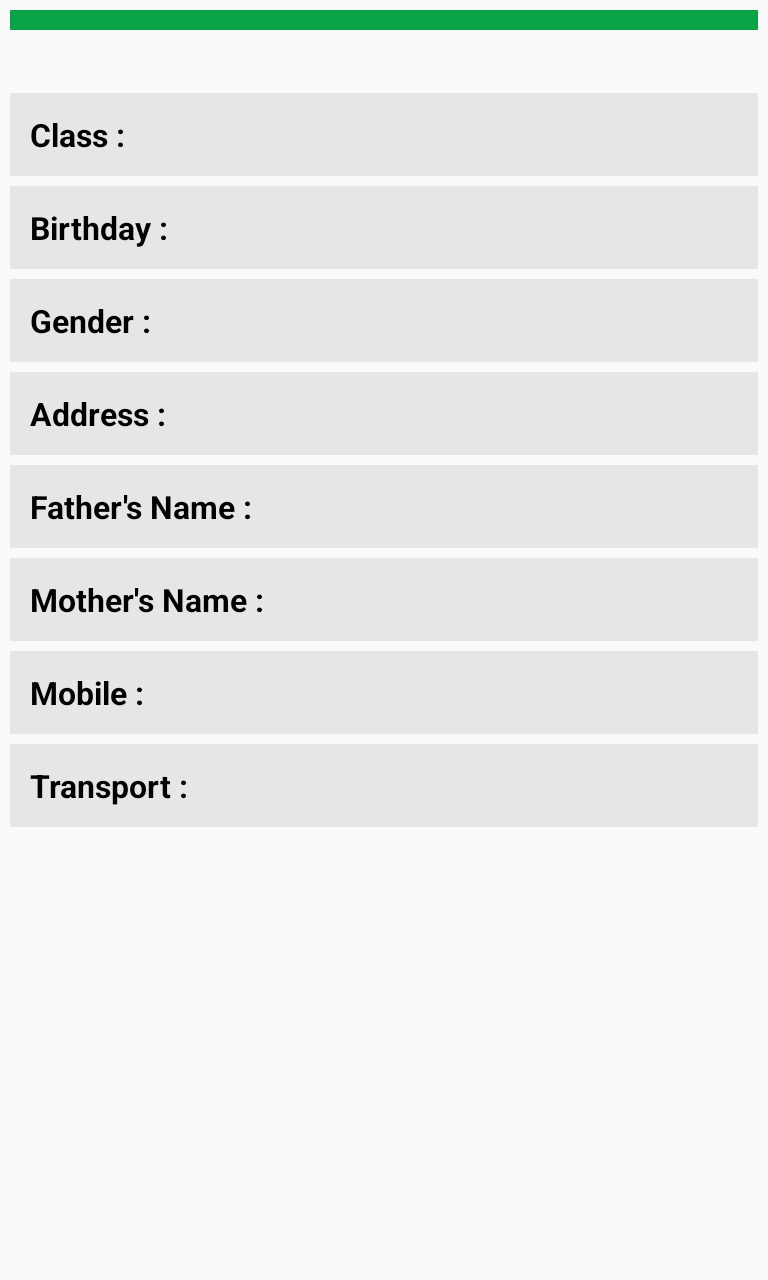
Repository: iguardian2015/iguardian-litchi
Layout: iguardian/res/layout/costum_main_student.xml
These files come from the project's save history. The layout is drawn as it stood at one moment and after a run of saves; the edit follows.
It is drawn on a 768 x 1280 px phone screen (xhdpi) without system bars, with theme AppTheme; the app's code is not run.

Above is the layout before, as saved 2015-01-10 12:38:37.

### iguardian/res/layout/costum_main_student.xml
<ScrollView xmlns:android="http://schemas.android.com/apk/res/android"
    xmlns:tools="http://schemas.android.com/tools"
    android:layout_width="fill_parent"
    android:layout_height="fill_parent"
    tools:context=".ComposeMessage" >

    <LinearLayout
        android:layout_width="match_parent"
        android:layout_height="match_parent"
        android:layout_centerInParent="false"
        android:orientation="vertical"
        android:padding="5dp" >

        <ImageView
            android:id="@+id/student_image"
            android:layout_width="fill_parent"
            android:layout_height="fill_parent"
            android:layout_gravity="center"
            android:background="#0AA247"
            android:padding="5dp" />

        <TextView
            android:id="@+id/student_name"
            android:layout_width="fill_parent"
            android:layout_height="wrap_content"
            android:gravity="center"
            android:padding="5dp"
            android:textColor="#000000"
            android:textSize="16sp"
            android:textStyle="bold" />

        <LinearLayout
            android:layout_width="match_parent"
            android:layout_height="wrap_content"
            android:layout_centerInParent="false"
            android:layout_marginBottom="5dp"
            android:background="#E6E6E6"
            android:orientation="horizontal"
            android:padding="5dp" >

            <TextView
                android:id="@+id/student_classs"
                android:layout_width="wrap_content"
                android:layout_height="wrap_content"
                android:gravity="left"
                android:padding="5dp"
                android:text="Class :"
                android:textColor="#000000"
                android:textSize="16sp"
                android:textStyle="bold" />

            <TextView
                android:id="@+id/student_class"
                android:layout_width="wrap_content"
                android:layout_height="wrap_content"
                android:padding="5dp"
                android:textColor="#000000"
                android:textSize="14sp"
                android:textStyle="italic" />
        </LinearLayout>

        <LinearLayout
            android:layout_width="match_parent"
            android:layout_height="wrap_content"
            android:layout_centerInParent="false"
            android:layout_marginBottom="5dp"
            android:background="#E6E6E6"
            android:orientation="horizontal"
            android:padding="5dp" >

            <TextView
                android:id="@+id/student_birth_dates"
                android:layout_width="wrap_content"
                android:layout_height="wrap_content"
                android:gravity="left"
                android:padding="5dp"
                android:text="Birthday :"
                android:textColor="#000000"
                android:textSize="16sp"
                android:textStyle="bold" />

            <TextView
                android:id="@+id/student_birth_date"
                android:layout_width="wrap_content"
                android:layout_height="wrap_content"
                android:padding="5dp"
                android:textColor="#000000"
                android:textSize="14sp"
                android:textStyle="italic"
                android:typeface="sans" />
        </LinearLayout>

        <LinearLayout
            android:layout_width="match_parent"
            android:layout_height="wrap_content"
            android:layout_centerInParent="false"
            android:layout_marginBottom="5dp"
            android:background="#E6E6E6"
            android:orientation="horizontal"
            android:padding="5dp" >

            <TextView
                android:id="@+id/student_genders"
                android:layout_width="wrap_content"
                android:layout_height="wrap_content"
                android:gravity="left"
                android:padding="5dp"
                android:text="Gender :"
                android:textColor="#000000"
                android:textSize="16sp"
                android:textStyle="bold" />

            <TextView
                android:id="@+id/student_gender"
                android:layout_width="wrap_content"
                android:layout_height="wrap_content"
                android:padding="5dp"
                android:textColor="#000000"
                android:textSize="14sp"
                android:textStyle="italic" />
        </LinearLayout>

        <LinearLayout
            android:layout_width="match_parent"
            android:layout_height="wrap_content"
            android:layout_centerInParent="false"
            android:layout_marginBottom="5dp"
            android:background="#E6E6E6"
            android:orientation="horizontal"
            android:padding="5dp" >

            <TextView
                android:id="@+id/student_addresses"
                android:layout_width="wrap_content"
                android:layout_height="wrap_content"
                android:gravity="left"
                android:padding="5dp"
                android:text="Address :"
                android:textColor="#000000"
                android:textSize="16sp"
                android:textStyle="bold" />

            <TextView
                android:id="@+id/student_address"
                android:layout_width="wrap_content"
                android:layout_height="wrap_content"
                android:padding="5dp"
                android:textColor="#000000"
                android:textSize="14sp"
                android:textStyle="italic" />
        </LinearLayout>

        <LinearLayout
            android:layout_width="match_parent"
            android:layout_height="wrap_content"
            android:layout_centerInParent="false"
            android:layout_marginBottom="5dp"
            android:background="#E6E6E6"
            android:orientation="horizontal"
            android:padding="5dp" >

            <TextView
                android:id="@+id/student_father_names"
                android:layout_width="wrap_content"
                android:layout_height="wrap_content"
                android:gravity="left"
                android:padding="5dp"
                android:text="Father&apos;s Name :"
                android:textColor="#000000"
                android:textSize="16sp"
                android:textStyle="bold" />

            <TextView
                android:id="@+id/student_father_name"
                android:layout_width="wrap_content"
                android:layout_height="wrap_content"
                android:padding="5dp"
                android:textColor="#000000"
                android:textSize="14sp"
                android:textStyle="italic"
                android:typeface="sans" />
        </LinearLayout>

        <LinearLayout
            android:layout_width="match_parent"
            android:layout_height="wrap_content"
            android:layout_centerInParent="false"
            android:layout_marginBottom="5dp"
            android:background="#E6E6E6"
            android:orientation="horizontal"
            android:padding="5dp" >

            <TextView
                android:id="@+id/student_mother_names"
                android:layout_width="wrap_content"
                android:layout_height="wrap_content"
                android:gravity="left"
                android:padding="5dp"
                android:text="Mother&apos;s Name :"
                android:textColor="#000000"
                android:textSize="16sp"
                android:textStyle="bold" />

            <TextView
                android:id="@+id/student_mother_name"
                android:layout_width="wrap_content"
                android:layout_height="wrap_content"
                android:padding="5dp"
                android:textColor="#000000"
                android:textSize="14sp"
                android:textStyle="italic" />
        </LinearLayout>

        <LinearLayout
            android:layout_width="match_parent"
            android:layout_height="wrap_content"
            android:layout_centerInParent="false"
            android:layout_marginBottom="5dp"
            android:background="#E6E6E6"
            android:orientation="horizontal"
            android:padding="5dp" >

            <TextView
                android:id="@+id/student_mobile"
                android:layout_width="wrap_content"
                android:layout_height="wrap_content"
                android:gravity="left"
                android:padding="5dp"
                android:text="Mobile :"
                android:textColor="#000000"
                android:textSize="16sp"
                android:textStyle="bold" />

            <TextView
                android:id="@+id/no_of_communication"
                android:layout_width="fill_parent"
                android:layout_height="wrap_content"
                android:padding="5dp"
                android:textColor="#000000"
                android:textSize="14sp"
                android:textStyle="italic" />
        </LinearLayout>

        <LinearLayout
            android:layout_width="match_parent"
            android:layout_height="wrap_content"
            android:layout_centerInParent="false"
            android:layout_marginBottom="5dp"
            android:background="#E6E6E6"
            android:orientation="horizontal"
            android:padding="5dp" >

            <TextView
                android:id="@+id/transportview"
                android:layout_width="wrap_content"
                android:layout_height="wrap_content"
                android:gravity="left"
                android:padding="5dp"
                android:text="Transport :"
                android:textColor="#000000"
                android:textSize="16sp"
                android:textStyle="bold" />

            <TextView
                android:id="@+id/transport"
                android:layout_width="fill_parent"
                android:layout_height="wrap_content"
                android:padding="5dp"
                android:textColor="#000000"
                android:textSize="14sp"
                android:textStyle="italic" />
        </LinearLayout>

        <TextView
            android:id="@+id/swipe_anywhere"
            android:layout_width="match_parent"
            android:layout_height="wrap_content"
            android:gravity="center"
            android:padding="5dp"


            android:textColor="#585858"
            android:textSize="16sp"
            android:textStyle="normal" />
    </LinearLayout>

</ScrollView>

### iguardian/res/values/styles.xml
<resources>

    <!--
        Base application theme, dependent on API level. This theme is replaced
        by AppBaseTheme from res/values-vXX/styles.xml on newer devices.
    -->
    <style name="AppBaseTheme" parent="Theme.AppCompat.Light">
        <!--
            Theme customizations available in newer API levels can go in
            res/values-vXX/styles.xml, while customizations related to
            backward-compatibility can go here.
        -->
    </style>

    <!-- Application theme. -->
    <style name="AppTheme" parent="AppBaseTheme">
        <!-- All customizations that are NOT specific to a particular API-level can go here. -->
    </style>

    <style name="DefaultButtonText">
       <item name="android:layout_width">fill_parent</item>
        <item name="android:layout_height">wrap_content</item>
        <item name="android:textColor">#FFFFFF</item>
        <item name="android:gravity">center</item>
        <item name="android:layout_margin">3dp</item>
        <item name="android:textStyle">normal</item>
        <item name="android:textSize">20sp</item>
        <item name="android:shadowColor">#f9f9f9</item>
        <item name="android:shadowDx">1</item>
        <item name="android:shadowDy">1</item>
        <item name="android:shadowRadius">1</item>
    </style>

    <style name="btnStyleBeige" parent="@android:style/Widget.Button">
       <item name="android:textSize">15sp</item>
       <item name="android:textStyle">bold</item>
       <item name="android:textColor">#5d6153</item>
       <item name="android:gravity">center</item>
       <item name="android:shadowColor">#000000</item>
       <item name="android:shadowDx">1</item>
       <item name="android:shadowDy">1</item>
       <item name="android:shadowRadius">0.6</item>
       <item name="android:background">@drawable/custom_button</item>
       <item name="android:padding">10dip</item>
   </style>

</resources>

### iguardian/res/values/strings.xml
<?xml version="1.0" encoding="utf-8"?>
<resources>

    <string name="app_name">iguardian</string>
    <string name="hello_world">Hello world!</string>
    <string name="action_settings">Settings</string>
    <string name="hello_blank_fragment">Hello blank fragment</string>
    <string name="username">Username:</string>
    <string name="password">Password:</string>
    <string name="Login">Login</string>
    <string name="attempts">Attempts Left:</string>
    <string name="select">Select School</string>
    <string name="action_logout">LogOut</string>
    <string name="action_add_account">Add Account</string>
     <string name="swipe">Swipe anywhere on the screen from left to right to get the menu.</string>

    <string-array name="imenu">
        <item>Student Profile</item>
        <item>Assignments</item>
        <item>Attendance</item>
        <item>Inbox</item>
        <item>Outbox</item>
        <item>Compose Message</item>
        <item>Marks</item>
        <item>Time Table</item>
        <item>Exams Schedule</item>
        <item>Circulars</item>
        <item>Bus Routes</item>
        <item>Report Problem</item>
    </string-array>

    <string name="drawer_open">Open Navigation Drawer</string>
    <string name="drawer_close">Close Navigation Drawer</string>
    <string name="title_activity_assignment">Assignment</string>
    <string name="title_activity_attendance">Attendance</string>
    <string name="title_activity_messages">Messages</string>
    <string name="title_section1">Section 1</string>
    <string name="title_section2">Section 2</string>
    <string name="title_section3">Section 3</string>
    <string name="navigation_drawer_open">Open navigation drawer</string>
    <string name="navigation_drawer_close">Close navigation drawer</string>
    <string name="action_example">Example action</string>
    <string name="title_activity_marks">Marks</string>
    <string name="title_activity_time_table">TimeTable</string>
    <string name="title_activity_exams_schedule">ExamsSchedule</string>
    <string name="title_activity_circulars">Circulars</string>
    <string name="title_activity_loginSuccess">Student</string>
    <string name="title_activity_MainActivity">Student</string>
    <string name="title_activity_test_database">Test_database</string>
    <string name="title_activity_test">Test</string>
    <string name="title_activity_assignment_view">AssignmentView</string>
    <string name="title_activity_circular_view">CircularView</string>
    <string name="title_activity_login_activity2">LoginActivity2</string>

    <!--
    <string name="app_name">Prakash Creative</string>
    <string name="hello_world">Hello world!</string>




    -->

    <string name="menu_settings">Settings</string>
    <!-- <string name="title_activity_main">MainActivity</string> -->
    <string name="error_config">Please set the %1$s constant and recompile the app.</string>
    <string name="already_registered">Device is already registered.</string>
    <string name="gcm_registered">From GCM: device successfully registered!</string>
    <string name="gcm_unregistered">From GCM: device successfully unregistered!</string>
    <string name="gcm_message">From GCM: you got message!</string>
    <string name="gcm_error">From GCM: error (%1$s).</string>
    <string name="gcm_recoverable_error">From GCM: recoverable error (%1$s).</string>
    <string name="gcm_deleted">From GCM: server deleted %1$d pending messages!</string>
    <string name="server_registering">Trying (attempt %1$d/%2$d) to register device on Demo Server.</string>
    <string name="server_registered">From Demo Server: successfully added device!</string>
    <string name="server_unregistered">From Demo Server: successfully removed device!</string>
    <string name="server_register_error">Could not register device on Demo Server after %1$d attempts.</string>
    <string name="server_unregister_error">Could not unregister device on Demo Server (%1$s).</string>
    <string name="options_register">Register</string>
    <string name="options_unregister">Unregister</string>
    <string name="options_clear">Clear</string>
    <string name="options_exit">Exit</string>
    <string name="title_activity_demo">DemoActivity</string>
    <string name="title_activity_report_problem">ReportProblem</string>
    <string name="title_activity_select_school">SelectSchool</string>
    <string name="title_activity_bus_route">BusRoute</string>

</resources>

Loaded but not shown: iguardian/res/values-v11/styles.xml (common file); iguardian/res/values-v14/styles.xml (common file)

After the next 2 saves:
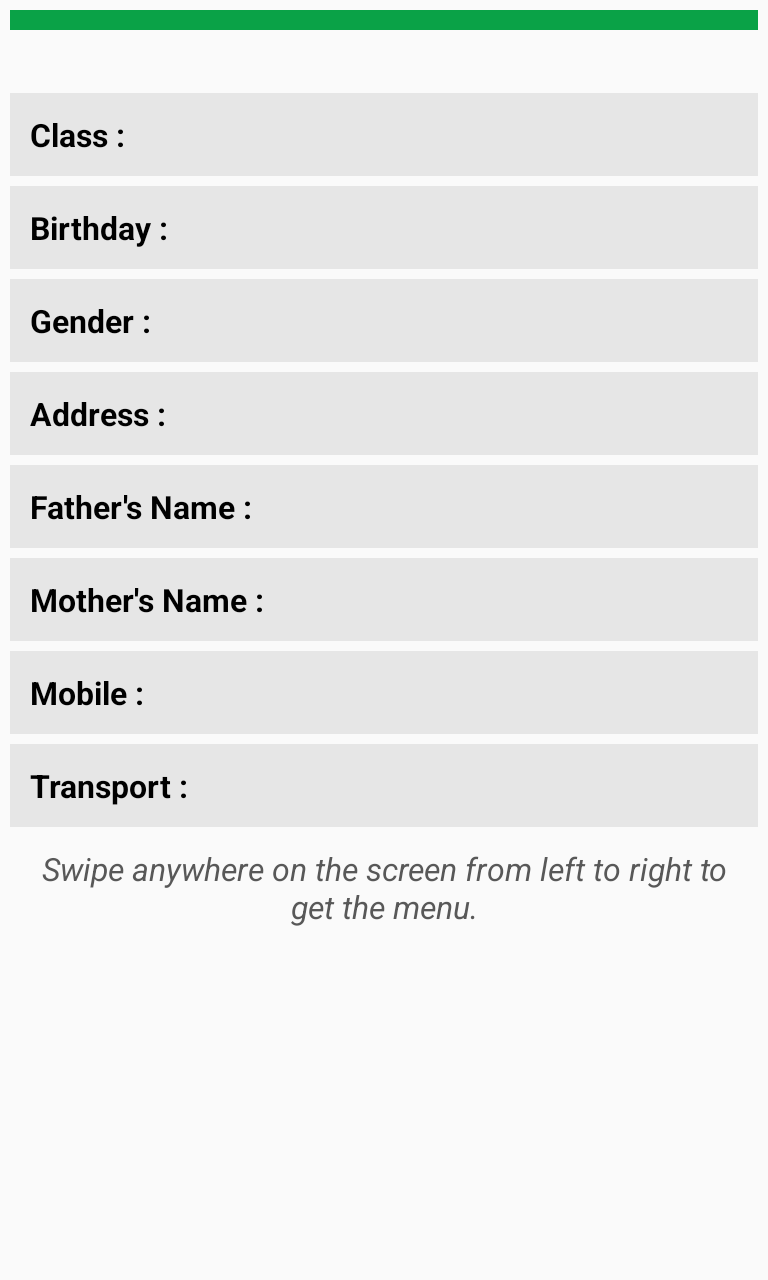
The 2 saves are shown as one change because 1 did not build or start.
The last was saved 39 s later.
--- a/iguardian/res/layout/costum_main_student.xml
+++ b/iguardian/res/layout/costum_main_student.xml
@@ -6,7 +6,7 @@
 
     <LinearLayout
         android:layout_width="match_parent"
-        android:layout_height="match_parent"
+        android:layout_height="wrap_content"
         android:layout_centerInParent="false"
         android:orientation="vertical"
         android:padding="5dp" >
@@ -277,11 +277,10 @@
             android:layout_height="wrap_content"
             android:gravity="center"
             android:padding="5dp"
-
-
+            android:text="@string/swipe"
             android:textColor="#585858"
             android:textSize="16sp"
-            android:textStyle="normal" />
+            android:textStyle="italic" />
     </LinearLayout>
 
 </ScrollView>
